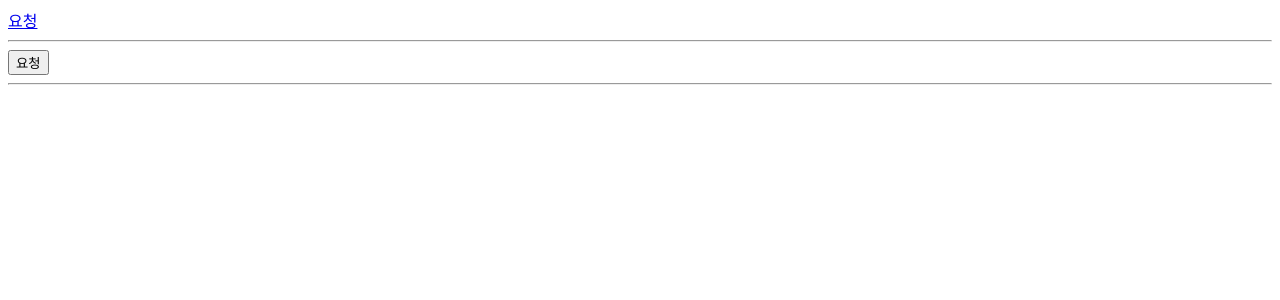
Repository: shyeom94/jspstudy
Page: 01_servlet/src/main/webapp/pkg02_request/NewFile.html
These files come from the project's save history. The page is drawn as it stood at one moment and after the next save; the edit follows.
The browser window is 1280 px wide. The pictures show the whole page.

Above is the page before, as saved 2024-02-28 01:24:13.

### 01_servlet/src/main/webapp/pkg02_request/NewFile.html
<!DOCTYPE html>
<html>
<head>
<meta charset="UTF-8">
<title>Insert title here</title>
<!-- CDN을 이용하기 -->
<script src="https://code.jquery.com/jquery-3.7.1.min.js" integrity="sha256-/JqT3SQfawRcv/BIHPThkBvs0OEvtFFmqPF/lYI/Cxo=" crossorigin="anonymous"></script>
</head>
<body>

  <!-- <a> 태그 요청 -->
  <div>
    <!--<a href="/servlet/request?number=10&number2=1.5">요청</a>-->
    <a id="link" data-number="50" data-number2="5.5">요청</a>
  </div>

  <script>
        var link = document.getElementById('link');
        link.href = '/servlet/request?number=' + link.dataset.number + '&number2=' + link.dataset.number2;
// 프로젝트경로(contextpath)/서블릿경로(urlmapping)?서버쪽으로보내는내용
		// null 값 전달 테스트
  </script>

  <hr>

  <!-- JavaScript : location 객체 요청 -->
  <div data-number="30">
    <button type="button" id="btn" data-number2="3.5">요청</button>
  </div>

  <script>
  // jQuery 이용하기
  let $btn = $('#btn');
  $btn.on('click', (evt)=>{
	  let number = $btn.parent().data('number');
	  let number2 = $btn.data('number2');
	  location.href = `/servlet/request?number=${number}&number2=${number2}`;
  })
  </script>

  <hr>

  <!-- <form> 태그 요청 -->
  <form id="frm" method="POST" action="/servlet/request"></form>

</body>
</html>

After the next save:
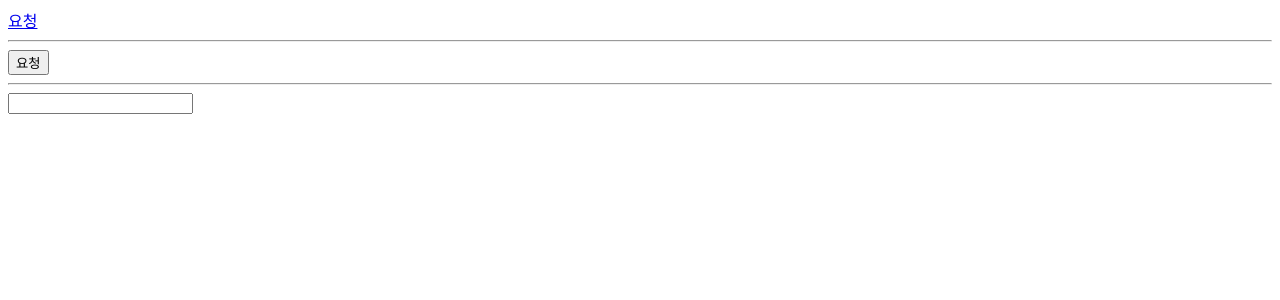
Saved 91 s later.
--- a/01_servlet/src/main/webapp/pkg02_request/NewFile.html
+++ b/01_servlet/src/main/webapp/pkg02_request/NewFile.html
@@ -41,7 +41,12 @@
   <hr>
 
   <!-- <form> 태그 요청 -->
-  <form id="frm" method="POST" action="/servlet/request"></form>
+  <form id="frm" method="POST" action="/servlet/request">
+    <div class="inp-wrap">
+      <label for=""></label>
+      <input type="" name="" id="">
+    </div>
+  </form>
 
 </body>
 </html>
